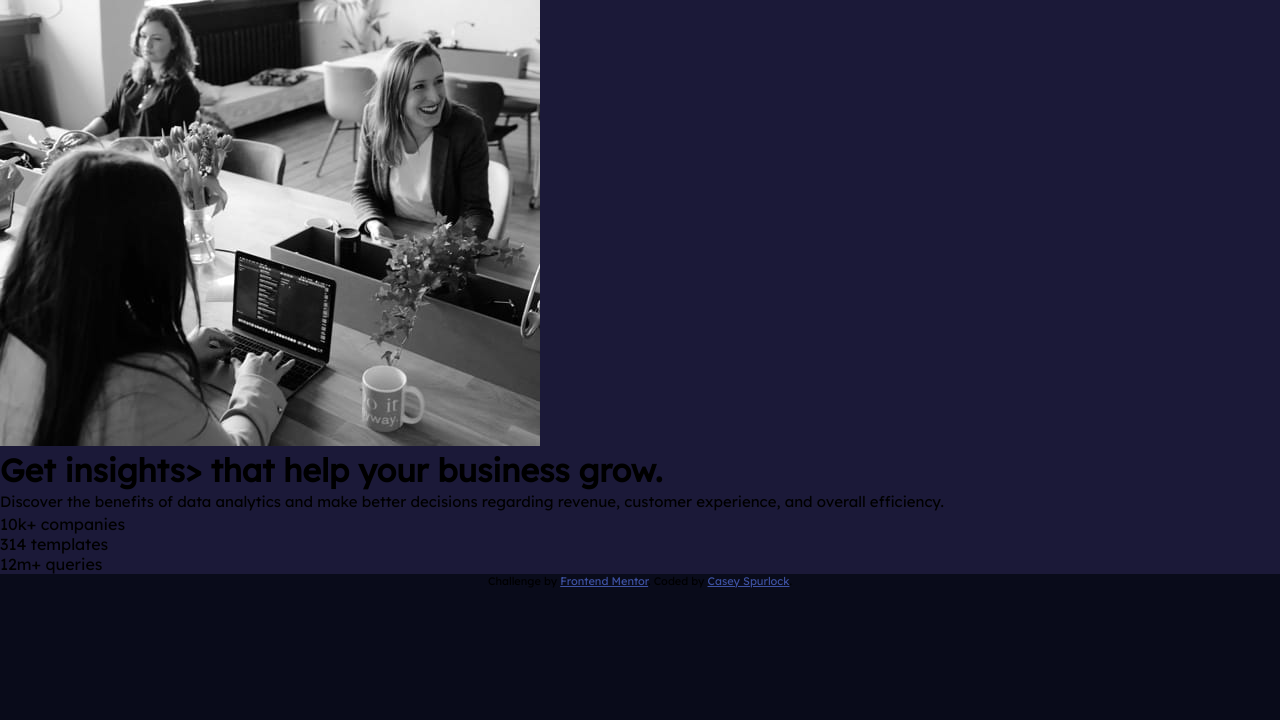
Repository: CaseySpurlock/stats-prewiew-component
Page: index.html
These files come from the project's save history. The page is drawn as it stood at one moment and after the next save; the edit follows.
The browser window is 1280 px wide. The pictures show the whole page.

Above is the page before, as saved 2021-06-22 00:59:14.

### index.html
<!DOCTYPE html>
<html lang="en">
<head>
  <meta charset="UTF-8">
  <meta name="viewport" content="width=device-width, initial-scale=1.0"> <!-- displays site properly based on user's device -->

  <link rel="icon" type="image/png" sizes="32x32" href="./images/favicon-32x32.png">

  <title>Frontend Mentor | Stats preview card component</title>

  <link rel="stylesheet" href="styles.css">
  <link rel="preconnect" href="https://fonts.googleapis.com">
  <link rel="preconnect" href="https://fonts.gstatic.com" crossorigin>
  <link href="https://fonts.googleapis.com/css2?family=Inter:wght@400;700&family=Lexend+Deca&display=swap" rel="stylesheet">

</head>

<body>

  <div class="container">
    <div class="card">
      <picture>
        <source media="(min-width: 768px)" srcset="images/image-header-desktop.jpg">
        <img src="images/image-header-mobile.jpg" alt="">
      </picture>
    </div>
      <div class="card">
        <h1>Get insights> that help your business grow.</h1>
      <p>Discover the benefits of data analytics and make better decisions regarding revenue, customer
        experience, and overall efficiency.</p>
        <ul>
          <li>10k+ companies</li>
          <li>314 templates</li>
          <li>12m+ queries</li>
        </ul>
      </div>
      </div>








  <div class="attribution">
    Challenge by <a href="https://www.frontendmentor.io?ref=challenge" target="_blank">Frontend Mentor</a>.
    Coded by <a href="#">Casey Spurlock</a>.
  </div>
</body>
</html>

### styles.css
:root {
    --Very-dark-blue: hsl(233, 47%, 7%);
    --Dark-desaturated-blue: hsl(244, 38%, 16%);
    --Soft-violet: hsl(277, 64%, 61%);
    --White: hsl(0, 0%, 100%);
    --Slightly-transparent -white: hsla(0, 0%, 100%, 0.75);
    --Slightly-transparent-white: hsla(0, 0%, 100%, 0.6);
}

* {
    margin: 0;
    padding: 0;
    box-sizing: border-box;
}

img {
    max-width: 100%;
}

ul {
    list-style-type: none;
}

body {
    font-family: "lexend deca", sans-serif;
    background-color: var(--Very-dark-blue);
}

p {
    font-size: 15px;
    line-height: 1.6;
}

.container {
    background-color: var(--Dark-desaturated-blue);
}

.attribution {
    font-size: 11px;
    text-align: center;
}
.attribution a {
    color: hsl(228, 45%, 44%);
}

After the next save:
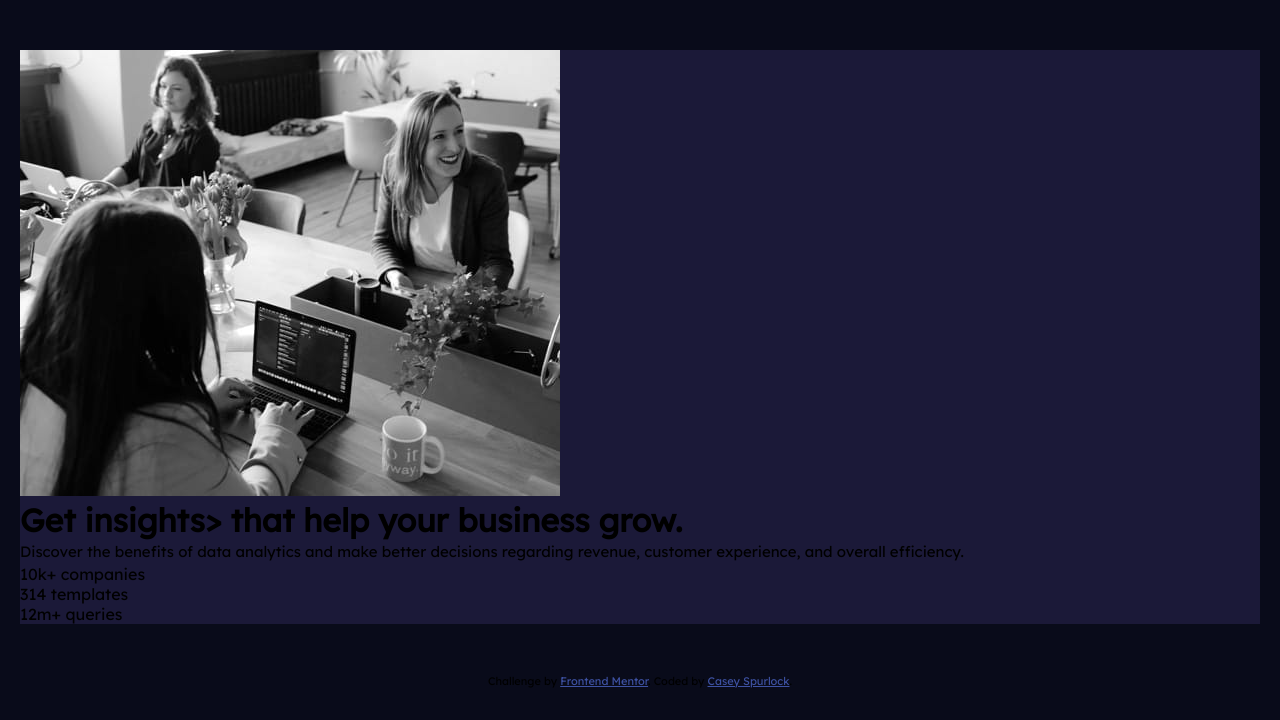
Saved 35 s later.
--- a/styles.css
+++ b/styles.css
@@ -33,6 +33,7 @@
 
 .container {
     background-color: var(--Dark-desaturated-blue);
+    margin: 50px 20px;
 }
 
 .attribution {
